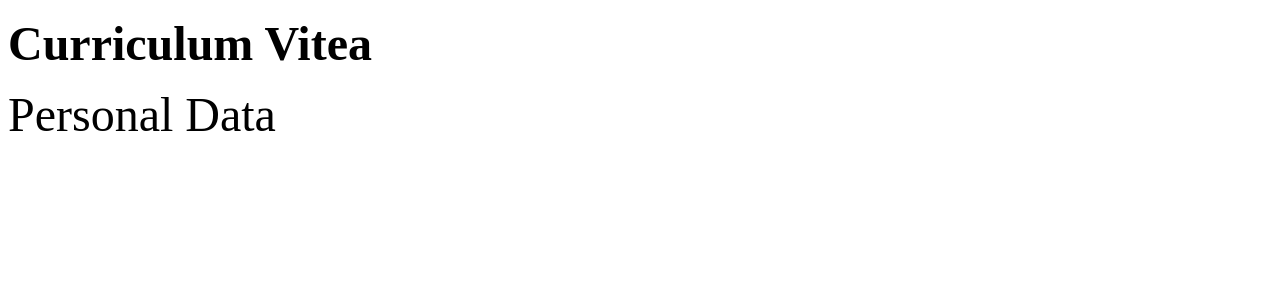
Repository: aysedo/html
Page: Week_2/profile/index.html
These files come from the project's save history. The page is drawn as it stood at one moment and after the next save; the edit follows.
The browser window is 1280 px wide. The pictures show the whole page.

Above is the page before, as saved 2021-08-25 19:59:53.

### Week_2/profile/index.html
<!DOCTYPE html>
<html lang="en">
  <head>
    <meta charset="UTF-8" />
    <meta http-equiv="X-UA-Compatible" content="IE=edge" />
    <meta name="viewport" content="width=device-width, initial-scale=1.0" />
    <title>Document</title>
  </head>
  <body>
    <titel>
      <p align="center" ></p><b><font size="11">Curriculum Vitea </font></b></p></titel>
      <p> <font size="9">Personal Data</font></p>
    </table>
  </body>
</html>

After the next save:
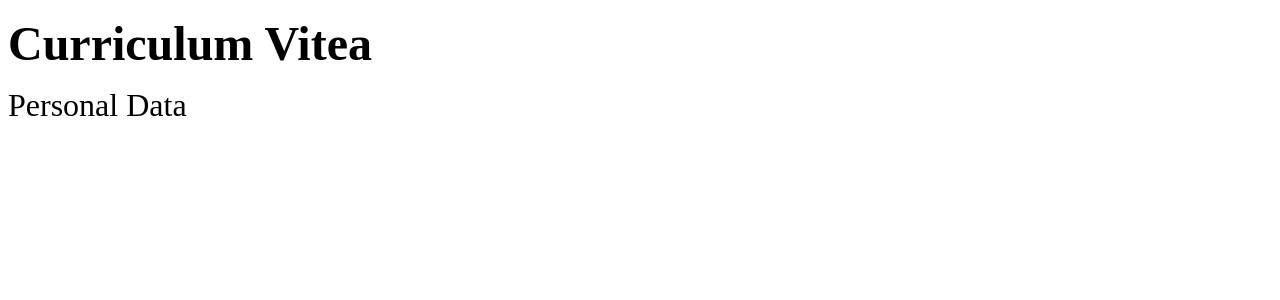
Saved 8 s later.
--- a/Week_2/profile/index.html
+++ b/Week_2/profile/index.html
@@ -9,7 +9,7 @@
   <body>
     <titel>
       <p align="center" ></p><b><font size="11">Curriculum Vitea </font></b></p></titel>
-      <p> <font size="9">Personal Data</font></p>
+      <p> <font size="6">Personal Data</font></p>
     </table>
   </body>
 </html>
